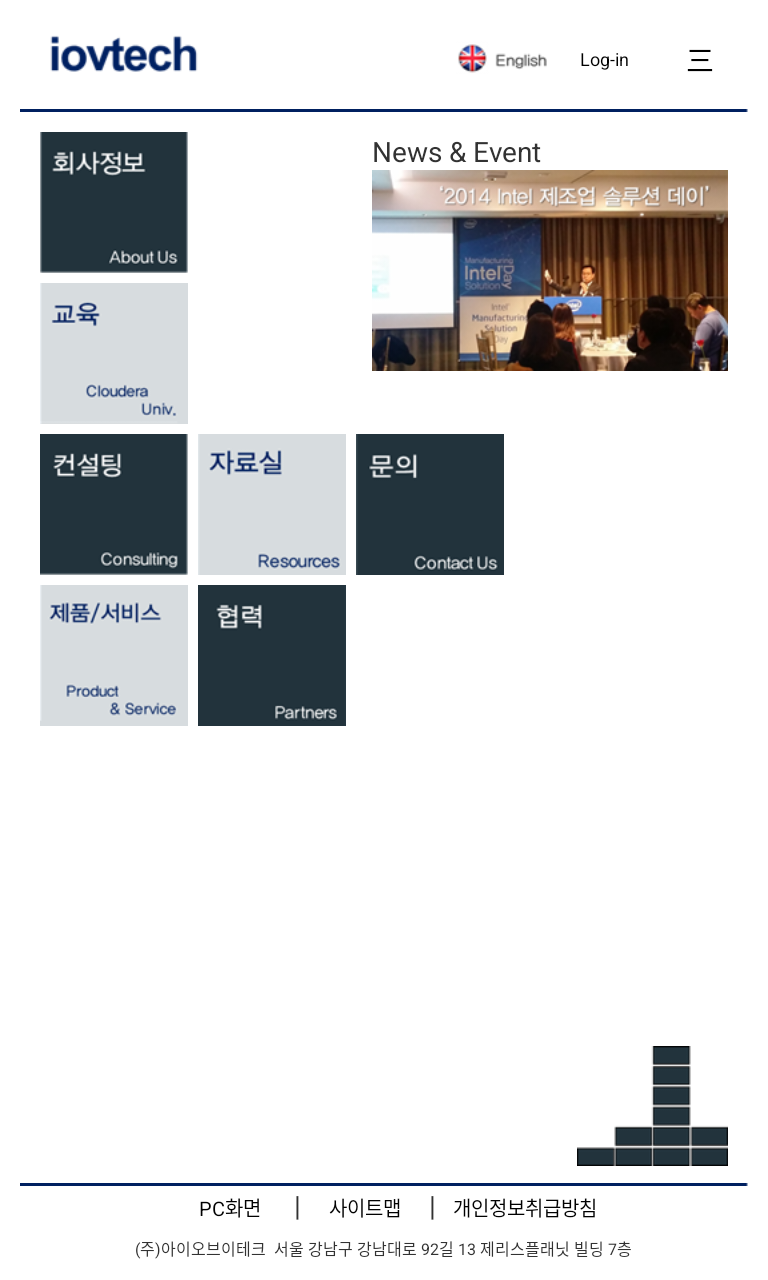
Repository: hyekkyung/CDH_Tutorials
Layout: Mobile_IOV/res/layout/test_page_0.xml
An editor plug-in stored every save of this project. The layout is shown before and after the next save, followed by the edit.
It is drawn on a 768 x 1280 px phone screen (xhdpi) without system bars, with theme AppTheme; the app's code is not run.

Above is the layout before, as saved 2015-02-02 06:25:32.

### Mobile_IOV/res/layout/test_page_0.xml
<?xml version="1.0" encoding="utf-8"?>
<RelativeLayout xmlns:android="http://schemas.android.com/apk/res/android"
    android:layout_width="match_parent"
    android:layout_height="match_parent"
    android:paddingLeft="10sp"
    android:paddingRight="10sp"
    android:paddingBottom="10sp"
    android:paddingTop="5sp" >

    <LinearLayout
        android:id="@+id/linearLayout1"
        android:layout_width="wrap_content"
        android:layout_height="wrap_content"
        android:layout_alignParentLeft="true"
        android:layout_alignParentRight="true"
        android:layout_alignParentTop="true" >

        <ImageButton
            style="?android:attr/buttonStyleSmall"
            android:layout_width="wrap_content"
            android:layout_height="wrap_content"
            android:background="#FFFFFF"
            android:src="@drawable/logo_03" />

        <ImageButton
       		android:id="@+id/kor_btn"
            style="?android:attr/buttonStyleSmall"
            android:layout_width="wrap_content"
            android:layout_height="wrap_content"
            android:background="#FFFFFF"
            android:layout_weight="0.5"
            android:layout_marginLeft="25sp"
            android:onClick="mOnclick" />

        <ImageView
       		android:id="@+id/lang_btn"
            android:layout_width="wrap_content"
            android:layout_height="wrap_content"
            android:background="@drawable/eng_btn"
            android:paddingLeft="3sp"
            android:onClick="mOnclick"
            android:layout_gravity="center" />

        <Button
            style="?android:attr/buttonStyleSmall"
            android:layout_width="wrap_content"
            android:layout_height="wrap_content"
            android:background="#FFFFFF"
            android:text="Log-in"
            android:textSize="9sp"
            android:layout_gravity="center" />

        <Button
            style="?android:attr/buttonStyleSmall"
            android:layout_width="wrap_content"
            android:layout_height="wrap_content"
            android:background="#FFFFFF"
            android:text="三"
            android:layout_gravity="center" />

    </LinearLayout>

    <ImageView
        android:id="@+id/imageView1"
        android:layout_width="wrap_content"
        android:layout_height="wrap_content"
        android:layout_below="@+id/linearLayout1"
        android:layout_centerHorizontal="true"
        android:src="@drawable/sep_line" />

    <TextView
        android:id="@+id/textView1"
        android:layout_width="wrap_content"
        android:layout_height="wrap_content"
        android:layout_alignParentBottom="true"
        android:layout_centerHorizontal="true"
        android:paddingTop="5sp"
        android:text="(주)아이오브이테크  서울 강남구 강남대로 92길 13 제리스플래닛 빌딩 7층"
        android:textSize="8sp" />

    <LinearLayout
        android:id="@+id/linearLayout2"
        android:layout_width="wrap_content"
        android:layout_height="wrap_content"
        android:layout_above="@+id/textView1"
        android:layout_centerHorizontal="true" >

        <Button
            android:id="@+id/button1"
            android:layout_width="wrap_content"
            android:layout_height="20sp"
            android:background="#FFFFFF"
            android:text=" PC화면 "
            android:textSize="10sp" />

        <TextView
            android:layout_width="wrap_content"
            android:layout_height="wrap_content"
            android:text="|"
            android:textAppearance="?android:attr/textAppearanceSmall" />

        <Button
            android:id="@+id/button2"
            android:layout_width="wrap_content"
            android:layout_height="20sp"
            android:background="#FFFFFF"
            android:text=" 사이트맵 "
            android:textSize="10sp" />

        <TextView
            android:layout_width="wrap_content"
            android:layout_height="wrap_content"
            android:text="| "
            android:textAppearance="?android:attr/textAppearanceSmall" />

        <Button
            android:id="@+id/button3"
            android:layout_width="wrap_content"
            android:layout_height="20sp"
            android:background="#FFFFFF"
            android:text="  개인정보취급방침 "
            android:textSize="10sp" />
    </LinearLayout>

    <ImageView
        android:id="@+id/imageView3"
        android:layout_width="wrap_content"
        android:layout_height="wrap_content"
        android:layout_above="@+id/linearLayout2"
        android:layout_alignLeft="@+id/imageView1"
        android:paddingTop="5sp"
        android:src="@drawable/sep_line" />

    <RelativeLayout
        android:layout_width="wrap_content"
        android:layout_height="wrap_content"
        android:layout_alignBottom="@+id/imageView3"
        android:layout_alignParentLeft="true"
        android:layout_alignRight="@+id/imageView3"
        android:layout_below="@+id/imageView1"
        android:paddingLeft="10sp"
        android:paddingRight="10sp"
        android:paddingTop="10sp"
        android:paddingBottom="10sp" >

        <ImageButton
            android:id="@+id/imageButton1"
            android:layout_width="wrap_content"
            android:layout_height="wrap_content"
            android:layout_alignParentRight="true"
            android:layout_below="@+id/textView2"
            android:src="@drawable/event_1"
            android:background="#FFFFFF" />

        <TextView
            android:id="@+id/textView2"
            android:layout_width="wrap_content"
            android:layout_height="wrap_content"
            android:layout_alignLeft="@+id/imageButton1"
            android:layout_alignParentTop="true"
            android:text="News &amp; Event"
            android:textAppearance="?android:attr/textAppearanceSmall" />

        <ImageButton
            android:id="@+id/imageButton2"
            android:layout_width="wrap_content"
            android:layout_height="wrap_content"
            android:layout_alignParentLeft="true"
            android:layout_alignTop="@+id/textView2"
            android:background="#FFFFFF"
            android:src="@drawable/icon_info" />

        <ImageButton
            android:id="@+id/imageButton3"
            android:layout_width="wrap_content"
            android:layout_height="wrap_content"
            android:layout_alignParentLeft="true"
            android:layout_below="@+id/imageButton2"
            android:src="@drawable/icon_edu"
            android:background="#FFFFFF"
            android:paddingTop="5sp" />

        <ImageButton
            android:id="@+id/imageButton4"
            android:layout_width="wrap_content"
            android:layout_height="wrap_content"
            android:layout_alignParentLeft="true"
            android:layout_below="@+id/imageButton3"
            android:src="@drawable/icon_consult"
            android:background="#FFFFFF"
            android:paddingTop="5sp" />

        <ImageButton
            android:id="@+id/imageButton5"
            android:layout_width="wrap_content"
            android:layout_height="wrap_content"
            android:layout_alignParentLeft="true"
            android:layout_below="@+id/imageButton4"
            android:src="@drawable/icon_product"
            android:background="#FFFFFF"
            android:paddingTop="5sp" />

        <ImageButton
            android:id="@+id/imageButton6"
            android:layout_width="wrap_content"
            android:layout_height="wrap_content"
            android:layout_alignTop="@+id/imageButton4"
            android:layout_toRightOf="@+id/imageButton4"
            android:src="@drawable/icon_resource"
            android:background="#FFFFFF"
            android:paddingTop="5sp"
            android:paddingLeft="5sp" />

        <ImageButton
            android:id="@+id/imageButton7"
            android:layout_width="wrap_content"
            android:layout_height="wrap_content"
            android:layout_alignLeft="@+id/imageButton6"
            android:layout_alignTop="@+id/imageButton5"
            android:src="@drawable/icon_partner"
            android:background="#FFFFFF"
            android:paddingTop="5sp"
            android:paddingLeft="5sp" />

        <ImageButton
            android:id="@+id/imageButton8"
            android:layout_width="wrap_content"
            android:layout_height="wrap_content"
            android:layout_alignTop="@+id/imageButton6"
            android:layout_toRightOf="@+id/imageButton6"
            android:src="@drawable/icon_contact"
            android:background="#FFFFFF"
            android:paddingTop="5sp"
            android:paddingLeft="5sp" />

        <ImageView
            android:id="@+id/imageView2"
            android:layout_width="wrap_content"
            android:layout_height="wrap_content"
            android:layout_alignParentBottom="true"
            android:layout_alignRight="@+id/imageButton1"
            android:src="@drawable/logo_graph" />

    </RelativeLayout>

</RelativeLayout>

Loaded but not shown: Mobile_IOV/res/values/styles.xml (common file); Mobile_IOV/res/values-v11/styles.xml (common file); Mobile_IOV/res/values-v14/styles.xml (common file)

After the next save:
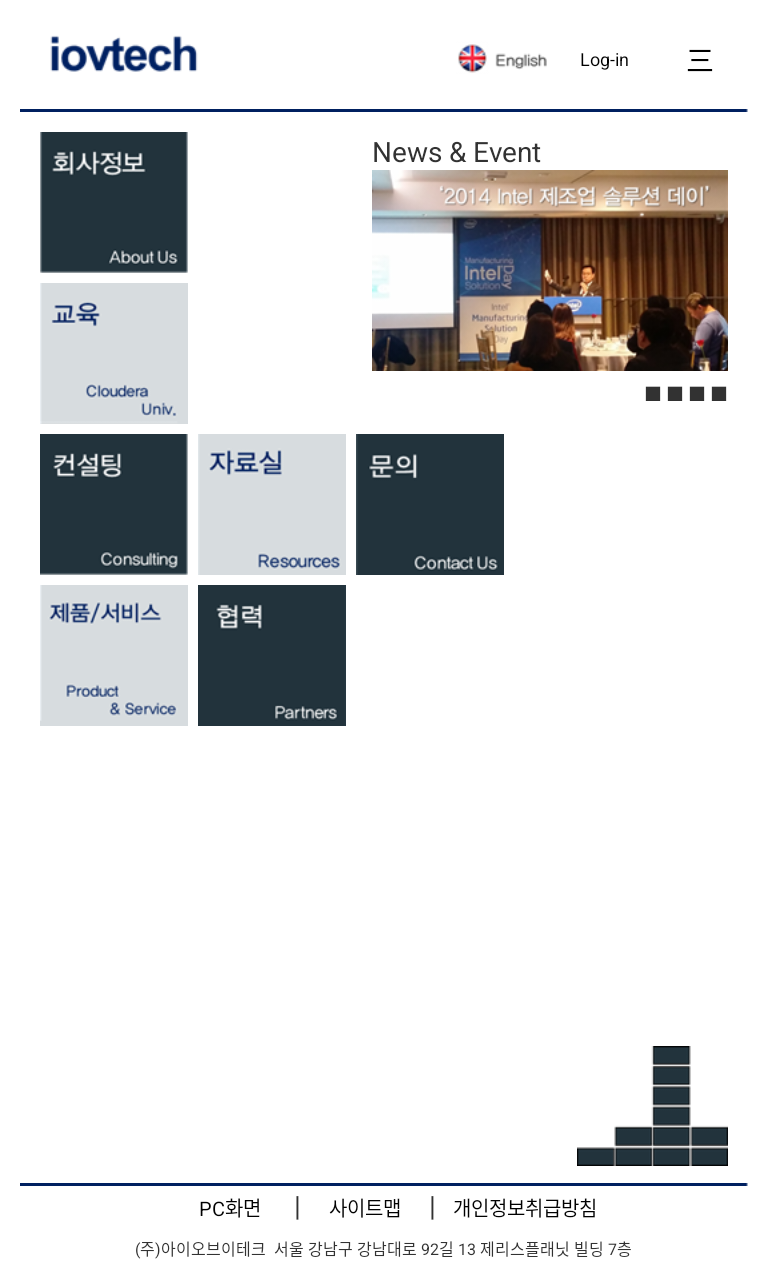
Saved 7 min 59 s later.
--- a/Mobile_IOV/res/layout/test_page_0.xml
+++ b/Mobile_IOV/res/layout/test_page_0.xml
@@ -241,6 +241,50 @@
             android:layout_alignRight="@+id/imageButton1"
             android:src="@drawable/logo_graph" />
 
+        <TextView
+            android:id="@+id/textView3"
+            android:layout_width="wrap_content"
+            android:layout_height="wrap_content"
+            android:layout_alignRight="@+id/imageButton1"
+            android:layout_below="@+id/imageButton1"
+            android:text="■"
+            android:textSize="12sp"
+            android:paddingTop="2sp"
+            android:paddingLeft="2sp" />
+
+        <TextView
+            android:id="@+id/textView4"
+            android:layout_width="wrap_content"
+            android:layout_height="wrap_content"
+            android:layout_below="@+id/imageButton1"
+            android:layout_toLeftOf="@+id/textView3"
+            android:text="■"
+            android:textSize="12sp"
+            android:paddingTop="2sp"
+            android:paddingLeft="2sp" />
+
+        <TextView
+            android:id="@+id/textView5"
+            android:layout_width="wrap_content"
+            android:layout_height="wrap_content"
+            android:layout_below="@+id/imageButton1"
+            android:layout_toLeftOf="@+id/textView4"
+            android:text="■"
+            android:textSize="12sp"
+            android:paddingTop="2sp"
+            android:paddingLeft="2sp" />
+
+        <TextView
+            android:id="@+id/textView6"
+            android:layout_width="wrap_content"
+            android:layout_height="wrap_content"
+            android:layout_below="@+id/imageButton1"
+            android:layout_toLeftOf="@+id/textView5"
+            android:text="■"
+            android:textSize="12sp"
+            android:paddingTop="2sp"
+            android:paddingLeft="2sp" />
+
     </RelativeLayout>
 
 </RelativeLayout>
